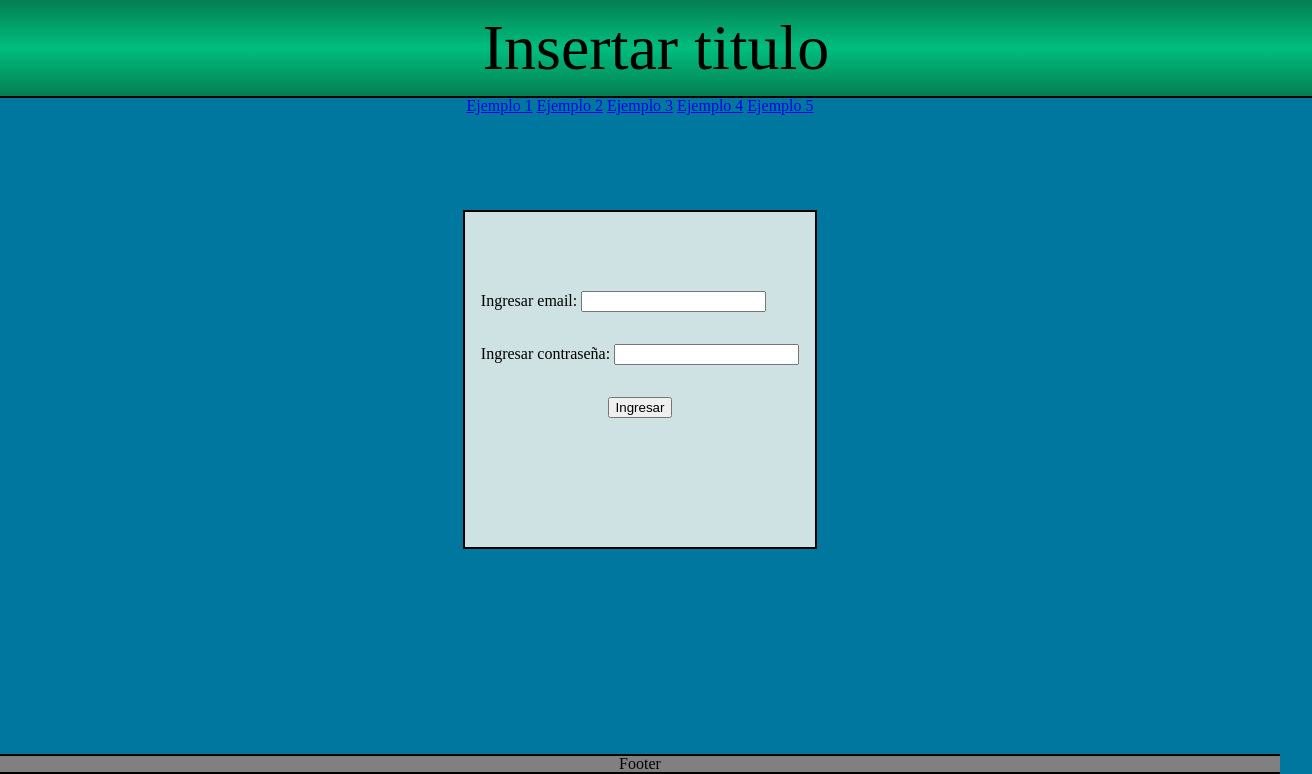
Repository: FacundoKinderknecht/Parcial-2-LPPA
Page: login/login.html
These files come from the project's save history. The page is drawn as it stood at one moment and after the next save; the edit follows.
The browser window is 1280 px wide. The page is 1312 px wide, so the pictures cover 1312 px, including what lies to the right of the window. The pictures show the whole page.

Above is the page before, as saved 2022-07-06 10:39:00.

### login/login.html
<!DOCTYPE html>
<html lang="en">
<head>
    <meta charset="UTF-8">
    <meta http-equiv="X-UA-Compatible" content="IE=edge">
    <meta name="viewport" content="width=device-width, initial-scale=1.0">
    <title>Document</title>
    <link rel="stylesheet" href="/reset.css">
    <link rel="stylesheet" href="/login/login.css">
    <script src="/login/login.js"></script>
</head>
<body>
    <header>
        <h1>Insertar titulo</h1>
    </header>
    <nav>
        <li>
            <a href="#">Ejemplo 1</a>
            <a href="#">Ejemplo 2</a>
            <a href="#">Ejemplo 3</a>
            <a href="#">Ejemplo 4</a>
            <a href="#">Ejemplo 5</a>
        </li>
    </nav>
    <main>
        <form>
            <div class="email">
                <label for="email">Ingresar email:</label>
                <input type="text" name="email" id="email">
            </div>
            <div class="contraseña">
                <label for="contraseña">Ingresar contraseña:</label>
                <input type="password" name="contraseña" id="contraseña">
            </div>
            <div class="boton">
                <input type="submit" value="Ingresar">
            </div>
        </form>
    </main>
    <footer>
        <p>Footer</p>
    </footer>
</body>
</html>

### login/login.css
header{
    width: 100%;
    border-bottom: black 2px solid;
    padding: 1rem;
    font-size: 400%;
    background: linear-gradient(to top, rgb(4, 126, 83), rgb(0, 190, 126), rgb(4, 126, 83));
}
nav{
    background: linear-gradient(to top, rgb(4, 126, 83), rgb(0, 190, 126), rgb(4, 126, 83));
    display: inline;
    border-bottom: black 2px solid;
    text-decoration: none;
}
li{
    text-decoration: none;
    list-style: none;
    color: black;
}
body{
    background-color: rgb(0, 119, 159);
    height: 100%;
    align-items: center;
    text-align: center;
    margin: 0;
}
main{
    display: inline-block;
    width: 70%;
    padding-top: 6rem;
    height: 34rem;
}
form{
    display: inline-block;
    background-color: rgb(207, 226, 227);  border: black solid 2px;
    padding-top: 7%;
    height: 50%;
    align-items: center;
    text-align: center;
}
div{
    text-align: left;
    align-items:left;
    padding: 1rem;
}
.boton{
    text-align: center;
}
footer{
    border-top: 2px solid black;
    border-bottom: 2px solid black;
    background-color: grey;
    bottom: 0;
    width: 100%;
}

Loaded but not shown: reset.css (common file); login/login.js (no stored copy; drawn as an empty file)

After the next save:
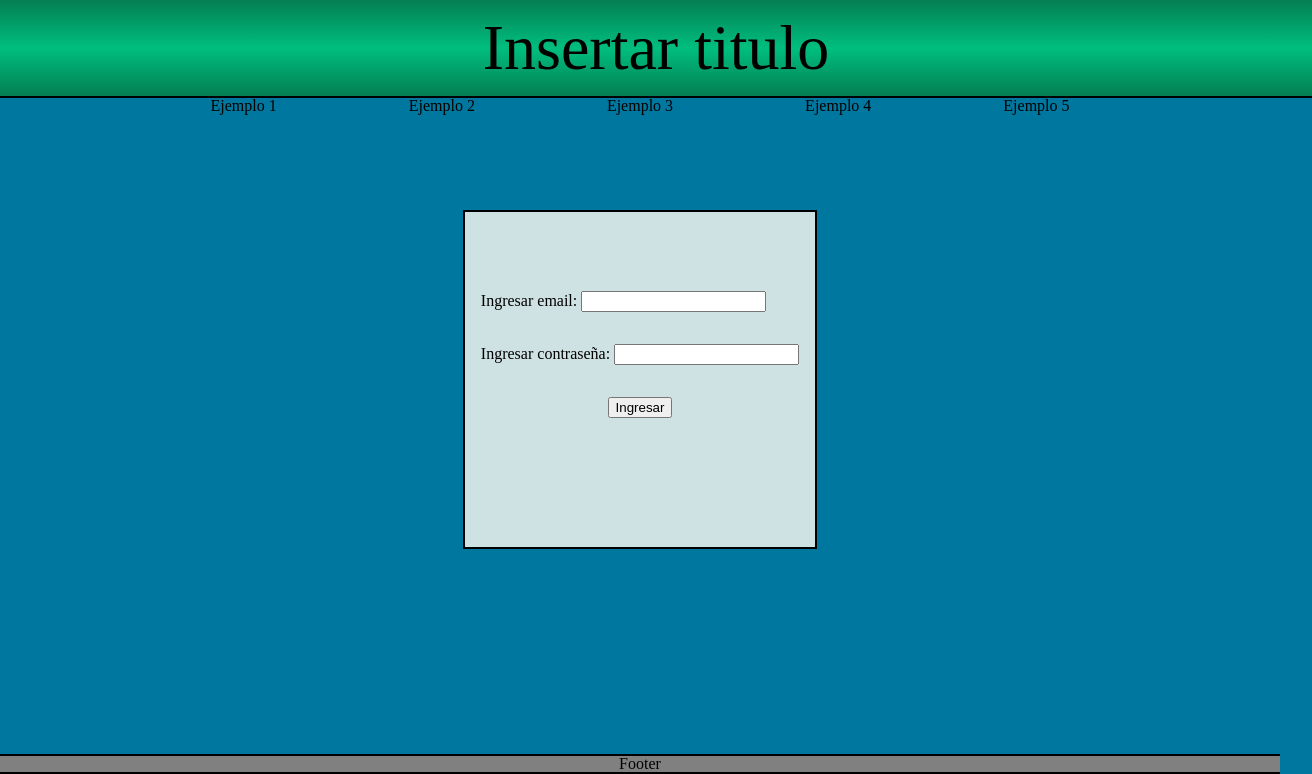
Saved 29 s later.
--- a/login/login.css
+++ b/login/login.css
@@ -15,6 +15,11 @@ li{
     text-decoration: none;
     list-style: none;
     color: black;
+}
+a{
+    text-decoration: none;
+    color: black;
+    padding: 0% 5%;
 }
 body{
     background-color: rgb(0, 119, 159);
